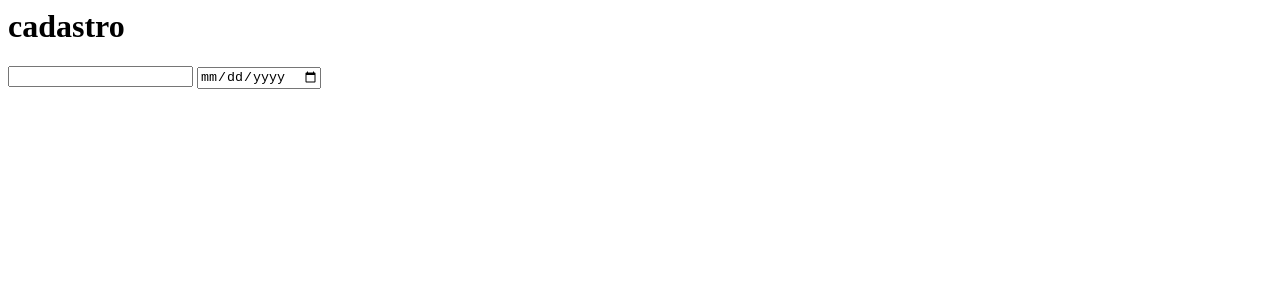
Repository: Danieloliver11/S.O.S-HUMANIDADE-BACK-END
Page: ACSocioambiental/eventoapp/src/main/resources/templates/index.html
These files come from the project's save history. The page is drawn as it stood at one moment and after the next save; the edit follows.
The browser window is 1280 px wide. The pictures show the whole page.

Above is the page before, as saved 2021-04-01 21:34:10.

After the next save:
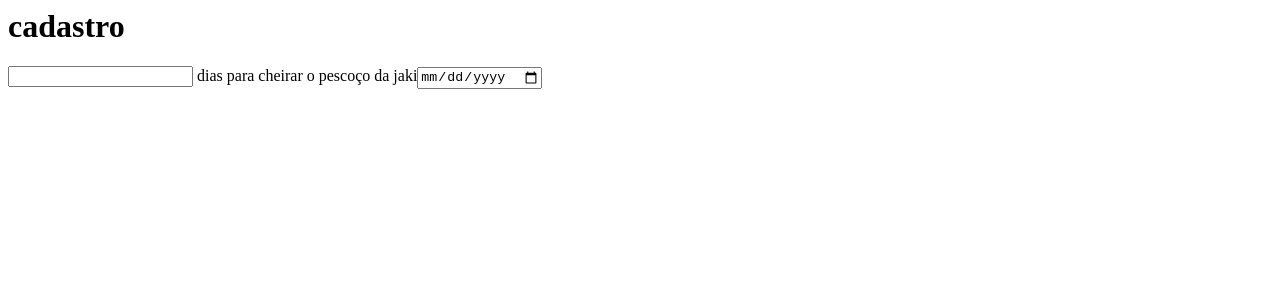
Saved 71 s later.
--- a/ACSocioambiental/eventoapp/src/main/resources/templates/index.html
+++ b/ACSocioambiental/eventoapp/src/main/resources/templates/index.html
@@ -4,7 +4,7 @@
 <h1>cadastro</h1>
 <form method="post">
 <input type ="text" value=""name="nome">
-<input type ="date">
+dias para cheirar o pescoço da jaki<input type ="date">
 
 </body>
 
